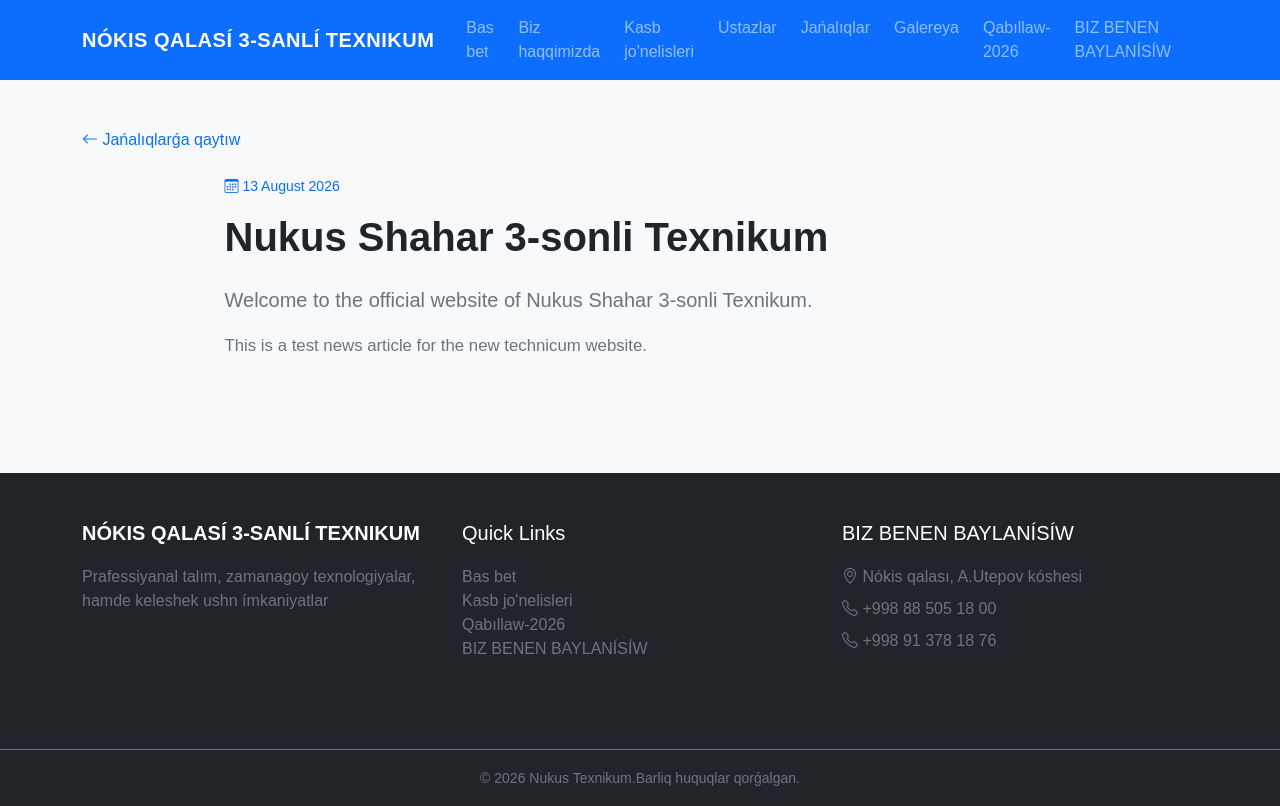
Repository: Neptunescorp/nukus_technicum
Page: http://localhost/news/1/
The author's editor kept a copy of each file at every save. The page is drawn from the files as they stood at one save, then again after the next save.
The browser window is 1280 px wide. The pictures show the whole page.
The page is served by the project's application, run on Django 5.2 (manage.py). Other server files are loaded and not shown. The page reads the database file committed with the project.

Above is the page before, as saved 2026-08-19 12:24:11.

### news/templates/news/detail.html
{% extends "base.html" %}

{% block title %}
{{ news_item.title }} | NÓKIS QALASÍ 3-SANLÍ TEXNIKUM
{% endblock %}


{% block content %}

<section class="py-5">

    <div class="container">

        <a
            href="{% url 'news_list' %}"
            class="text-decoration-none"
        >
            <i class="bi bi-arrow-left"></i>
            Jańalıqlarǵa qaytıw
        </a>


        <article class="mt-4">

            <div class="row justify-content-center">

                <div class="col-lg-9">

                    {% if news_item.image %}

                    <img
                        src="{{ news_item.image.url }}"
                        class="img-fluid rounded shadow-sm mb-4 news-detail-image"
                        alt="{{ news_item.title }}"
                    >

                    {% endif %}


                    <div class="small text-primary mb-3">

                        <i class="bi bi-calendar3"></i>

                        {{ news_item.published_at|date:"d F Y" }}

                    </div>


                    <h1 class="fw-bold mb-4">
                        {{ news_item.title }}
                    </h1>


                    {% if news_item.short_description %}

                    <p class="lead text-secondary">
                        {{ news_item.short_description }}
                    </p>

                    {% endif %}


                    <div class="news-content text-secondary">

                        {{ news_item.content|linebreaks }}

                    </div>

                </div>

            </div>

        </article>

    </div>

</section>

{% endblock %}

### templates/base.html
{% load static %}

<!DOCTYPE html>
<html lang="en">
<head>
    <meta charset="UTF-8">
    <meta name="viewport" content="width=device-width, initial-scale=1.0">

    <title>{% block title %}NÓKIS QALASÍ 3-SANLÍ TEXNIKUM{% endblock %}</title>

    <!-- Bootstrap -->
    <link
        href="https://cdn.jsdelivr.net/npm/bootstrap@5.3.3/dist/css/bootstrap.min.css"
        rel="stylesheet"
    >

    <!-- Bootstrap Icons -->
    <link
        rel="stylesheet"
        href="https://cdn.jsdelivr.net/npm/bootstrap-icons@1.11.3/font/bootstrap-icons.min.css"
    >

    <!-- Custom CSS -->
    <link rel="stylesheet" href="{% static 'css/style.css' %}">
</head>

<body>

<!-- ================= NAVBAR ================= -->

<nav class="navbar navbar-expand-lg navbar-dark bg-primary sticky-top">
    <div class="container">

        <a class="navbar-brand fw-bold" href="/">
            NÓKIS QALASÍ 3-SANLÍ TEXNIKUM
        </a>

        <button
            class="navbar-toggler"
            type="button"
            data-bs-toggle="collapse"
            data-bs-target="#mainNavbar"
        >
            <span class="navbar-toggler-icon"></span>
        </button>

        <div class="collapse navbar-collapse" id="mainNavbar">

            <ul class="navbar-nav ms-auto">

                <li class="nav-item">
                    <a class="nav-link" href="/">Bas bet</a>
                </li>

                <li class="nav-item">
                    <a class="nav-link" href="/about/">Biz haqqimizda</a>
                </li>

                <li class="nav-item">
                    <a class="nav-link" href="/specialties/">Kasb jo'nelisleri</a>
                </li>

                <li class="nav-item">
                    <a class="nav-link" href="/teachers/">Ustazlar</a>
                </li>

                <li class="nav-item">
                    <a class="nav-link" href="/news/">Jańalıqlar </a>
                </li>

                <li class="nav-item">
                    <a class="nav-link" href="/gallery/">
                        Galereya
                    </a>
                </li>

                <li class="nav-item">
                    <a class="nav-link" href="/admissions/">Qabıllaw-2026 </a>
                </li>

                <li class="nav-item">
                    <a class="nav-link" href="/contact/">BIZ BENEN BAYLANÍSÍW</a>
                </li>

            </ul>

        </div>
    </div>
</nav>


<!-- ================= MAIN CONTENT ================= -->

<main>
    {% block content %}
    {% endblock %}
</main>


<!-- ================= FOOTER ================= -->

<footer class="bg-dark text-white mt-5">

    <div class="container py-5">

        <div class="row">

            <div class="col-md-4 mb-4">

                <h5 class="fw-bold">
                    NÓKIS QALASÍ 3-SANLÍ TEXNIKUM
                </h5>

                <p class="text-secondary">
                    Prafessiyanal talım, zamanagoy texnologiyalar,
                    hamde keleshek ushn ímkaniyatlar
                </p>

            </div>


            <div class="col-md-4 mb-4">

                <h5>Quick Links</h5>

                <ul class="list-unstyled">

                    <li>
                        <a href="/" class="text-secondary text-decoration-none">
                            Bas bet
                        </a>
                    </li>

                    <li>
                        <a href="/specialties/" class="text-secondary text-decoration-none">
                            Kasb jo'nelisleri
                        </a>
                    </li>

                    <li>
                        <a href="/admissions/" class="text-secondary text-decoration-none">
                            Qabıllaw-2026
                        </a>
                    </li>

                    <li>
                        <a href="/contact/" class="text-secondary text-decoration-none">
                            BIZ BENEN BAYLANÍSÍW
                        </a>
                    </li>

                </ul>

            </div>


            <div class="col-md-4">

                <h5>BIZ BENEN BAYLANÍSÍW</h5>

                <p class="text-secondary mb-2">
                    <i class="bi bi-geo-alt"></i>
                    Nókis qalası, A.Utepov kóshesi
                </p>

                <p class="text-secondary mb-2">
                    <i class="bi bi-telephone"></i>
                    +998 88 505 18 00
                </p>

                <p class="text-secondary mb-2">
                    <i class="bi bi-telephone"></i>
                    +998 91 378 18 76
                </p>


            </div>

        </div>

    </div>


    <div class="border-top border-secondary">

        <div class="container py-3 text-center">

            <small class="text-secondary">
                © 2026 Nukus Texnikum.Barliq huquqlar qorǵalgan.
            </small>

        </div>

    </div>

</footer>


<!-- Bootstrap JS -->

<script
    src="https://cdn.jsdelivr.net/npm/bootstrap@5.3.3/dist/js/bootstrap.bundle.min.js">
</script>

</body>
</html>

### news/models.py
from django.db import models


class News(models.Model):
    title = models.CharField(max_length=255)

    short_description = models.TextField(
        blank=True
    )

    content = models.TextField()

    image = models.ImageField(
        upload_to="news/",
        blank=True,
        null=True
    )

    published_at = models.DateTimeField(
        auto_now_add=True
    )

    is_published = models.BooleanField(
        default=True
    )

    class Meta:
        ordering = ["-published_at"]
        verbose_name = "News"
        verbose_name_plural = "News"

    def __str__(self):
        return self.title

### news/views.py
from django.shortcuts import render

# Create your views here.
from django.shortcuts import get_object_or_404, render

from .models import News


def news_list(request):
    news_items = News.objects.filter(
        is_published=True
    )

    return render(
        request,
        "news/list.html",
        {
            "news_items": news_items
        }
    )


def news_detail(request, pk):
    news_item = get_object_or_404(
        News,
        pk=pk,
        is_published=True
    )

    return render(
        request,
        "news/detail.html",
        {
            "news_item": news_item
        }
    )

### config/urls.py
from django.conf import settings
from django.conf.urls.static import static
from django.contrib import admin
from django.urls import include, path


urlpatterns = [
    path("admin/", admin.site.urls),

    path("", include("core.urls")),

    path(
        "specialties/",
        include("specialties.urls")
    ),

    path(
        "teachers/",
        include("teachers.urls")
    ),

    path(
        "news/",
        include("news.urls")
    ),

    path(
        "gallery/",
        include("gallery.urls")
    ),

    path(
        "admissions/",
        include("admissions.urls")
    ),
]


if settings.DEBUG:
    urlpatterns += static(
        settings.MEDIA_URL,
        document_root=settings.MEDIA_ROOT
    )

### core/urls.py
from django.urls import path

from .views import about, contact, home


urlpatterns = [
    path(
        "",
        home,
        name="home"
    ),

    path(
        "about/",
        about,
        name="about"
    ),

    path(
        "contact/",
        contact,
        name="contact"
    ),
]

### specialties/urls.py
from django.urls import path
from .views import specialty_list, specialty_detail


urlpatterns = [
    path("", specialty_list, name="specialty_list"),
    path(
        "<int:pk>/",
        specialty_detail,
        name="specialty_detail"
    ),
]

### teachers/urls.py
from django.urls import path
from .views import teacher_list, teacher_detail


urlpatterns = [
    path("", teacher_list, name="teacher_list"),

    path(
        "<int:pk>/",
        teacher_detail,
        name="teacher_detail"
    ),
]

### news/urls.py
from django.urls import path

from .views import news_detail, news_list


urlpatterns = [
    path("", news_list, name="news_list"),

    path(
        "<int:pk>/",
        news_detail,
        name="news_detail"
    ),
]

### gallery/urls.py
from django.urls import path
from .views import gallery_list


urlpatterns = [
    path("", gallery_list, name="gallery_list"),
]

### admissions/urls.py
from django.urls import path

from .views import admissions


urlpatterns = [
    path("", admissions, name="admissions"),
]

### db.sqlite3 (the tables this page reads, as SQL)
CREATE TABLE "news_news" ("id" integer NOT NULL PRIMARY KEY AUTOINCREMENT, "title" varchar(255) NOT NULL, "short_description" text NOT NULL, "content" text NOT NULL, "image" varchar(100) NULL, "published_at" datetime NOT NULL, "is_published" bool NOT NULL);
INSERT INTO "news_news" VALUES
(1, 'Nukus Shahar 3-sonli Texnikum', 'Welcome to the official website of Nukus Shahar 3-sonli Texnikum.', 'This is a test news article for the new technicum website.', '', '2026-08-13 06:03:09.733674', 1);

Loaded but not shown: static/css/style.css (464 lines, source omitted)

After the next save:
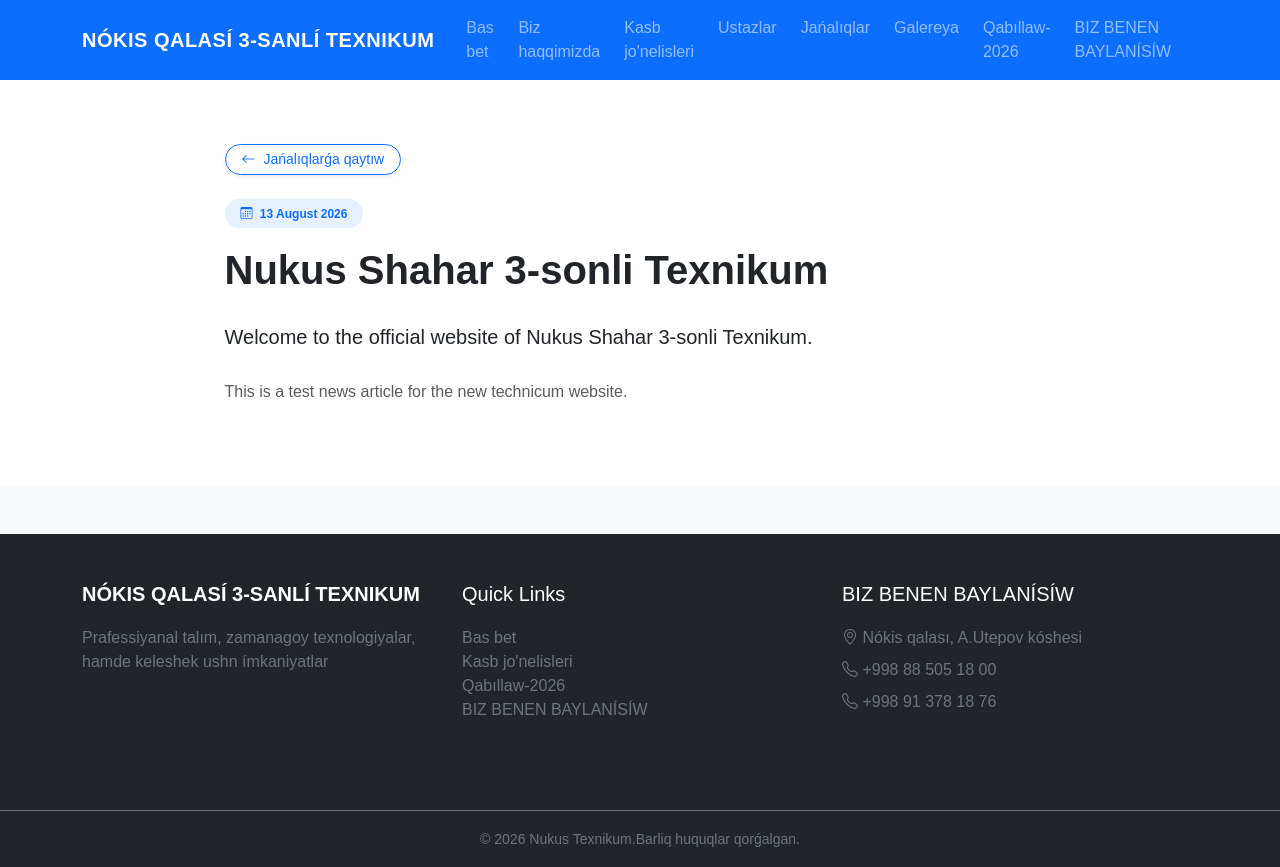
Saved 25 s later.
--- a/news/templates/news/detail.html
+++ b/news/templates/news/detail.html
@@ -7,63 +7,69 @@
 
 {% block content %}
 
-<section class="py-5">
+<section class="py-5 bg-white">
 
-    <div class="container">
+    <div class="container py-3">
 
-        <a
-            href="{% url 'news_list' %}"
-            class="text-decoration-none"
-        >
-            <i class="bi bi-arrow-left"></i>
-            Jańalıqlarǵa qaytıw
-        </a>
+        <!-- BACK BUTTON -->
+        <div class="row justify-content-center mb-4">
+            <div class="col-lg-9">
+                <a
+                    href="{% url 'news_list' %}"
+                    class="btn btn-outline-primary btn-sm rounded-pill px-3 shadow-sm d-inline-flex align-items-center gap-2"
+                >
+                    <i class="bi bi-arrow-left"></i>
+                    <span>Jańalıqlarǵa qaytıw</span>
+                </a>
+            </div>
+        </div>
 
 
-        <article class="mt-4">
+        <article>
 
             <div class="row justify-content-center">
 
                 <div class="col-lg-9">
 
-                    {% if news_item.image %}
-
-                    <img
-                        src="{{ news_item.image.url }}"
-                        class="img-fluid rounded shadow-sm mb-4 news-detail-image"
-                        alt="{{ news_item.title }}"
-                    >
-
-                    {% endif %}
-
-
-                    <div class="small text-primary mb-3">
-
-                        <i class="bi bi-calendar3"></i>
-
-                        {{ news_item.published_at|date:"d F Y" }}
-
+                    <!-- PUBLISHED DATE BADGE -->
+                    <div class="d-flex align-items-center gap-2 mb-3">
+                        <span class="badge bg-primary bg-opacity-10 text-primary px-3 py-2 rounded-pill fw-semibold">
+                            <i class="bi bi-calendar3 me-1"></i>
+                            {{ news_item.published_at|date:"d F Y" }}
+                        </span>
                     </div>
 
 
-                    <h1 class="fw-bold mb-4">
+                    <!-- NEWS TITLE -->
+                    <h1 class="fw-bold display-6 text-dark mb-4" style="line-height: 1.3;">
                         {{ news_item.title }}
                     </h1>
 
 
-                    {% if news_item.short_description %}
-
-                    <p class="lead text-secondary">
-                        {{ news_item.short_description }}
-                    </p>
-
+                    <!-- FEATURED IMAGE -->
+                    {% if news_item.image %}
+                    <div class="mb-4 overflow-hidden rounded-4 shadow-sm border">
+                        <img
+                            src="{{ news_item.image.url }}"
+                            class="img-fluid w-100 news-detail-image"
+                            alt="{{ news_item.title }}"
+                            style="max-height: 480px; object-fit: cover;"
+                        >
+                    </div>
                     {% endif %}
 
 
-                    <div class="news-content text-secondary">
+                    <!-- SHORT DESCRIPTION / LEAD -->
+                    {% if news_item.short_description %}
+                    <p class="lead text-dark fw-medium mb-4" style="line-height: 1.7;">
+                        {{ news_item.short_description }}
+                    </p>
+                    {% endif %}
 
+
+                    <!-- MAIN CONTENT -->
+                    <div class="news-content text-muted fs-6" style="line-height: 1.8;">
                         {{ news_item.content|linebreaks }}
-
                     </div>
 
                 </div>
